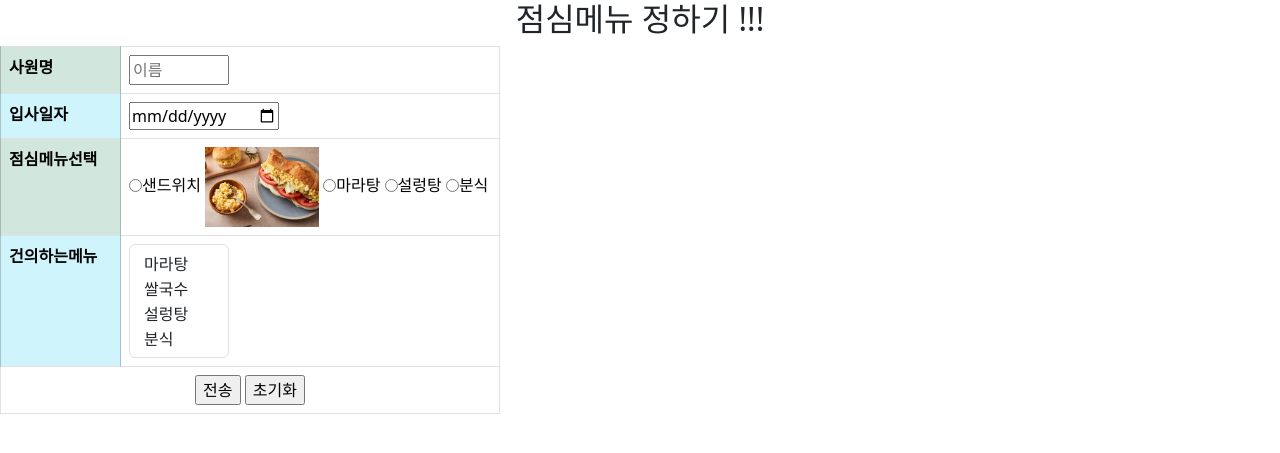
Repository: GANADAG/jspProject
Page: http://localhost/JspProject/day0228_1/qiuzForm_03.jsp
An editor plug-in stored every save of this project. The page is shown before and after the next save, followed by the edit.
The browser window is 1280 px wide. The pictures show the whole page.
Some web fonts or font styles are not loaded; a fallback is used. The page is served by Tomcat 9.

Above is the page before, as saved 2024-02-28 07:55:01.

After the next save:
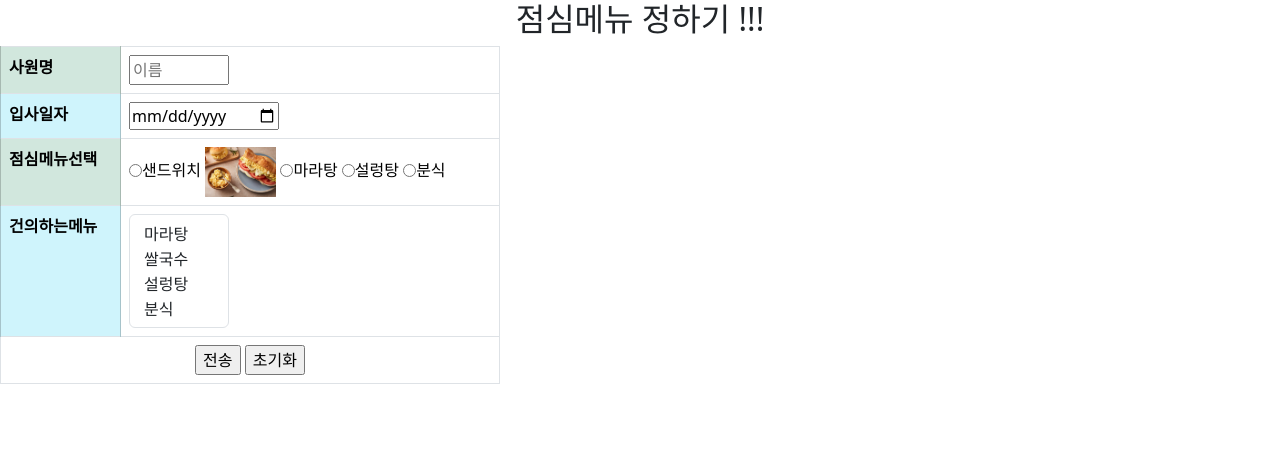
Saved 17 s later.
--- a/JspProject/src/main/webapp/day0228_1/qiuzForm_03.jsp
+++ b/JspProject/src/main/webapp/day0228_1/qiuzForm_03.jsp
@@ -35,7 +35,7 @@
 		 		<th width="120"  class="table-success">점심메뉴선택</th>
 		 		<td>
 		 			<input type="radio" name="radio" id="radio1"  >샌드위치
-		 			 <img src="../image/Food/1.jpg" alt="Food Image"  wigth:"80" height="80"  >
+		 			 <img src="../image/Food/1.jpg" alt="Food Image"  wigth:"50" height="50"  >
 		 			<input type="radio" name="radio" >마라탕
 		 			<input type="radio" name="radio" >설렁탕
 		 			<input type="radio" name="radio" >분식
